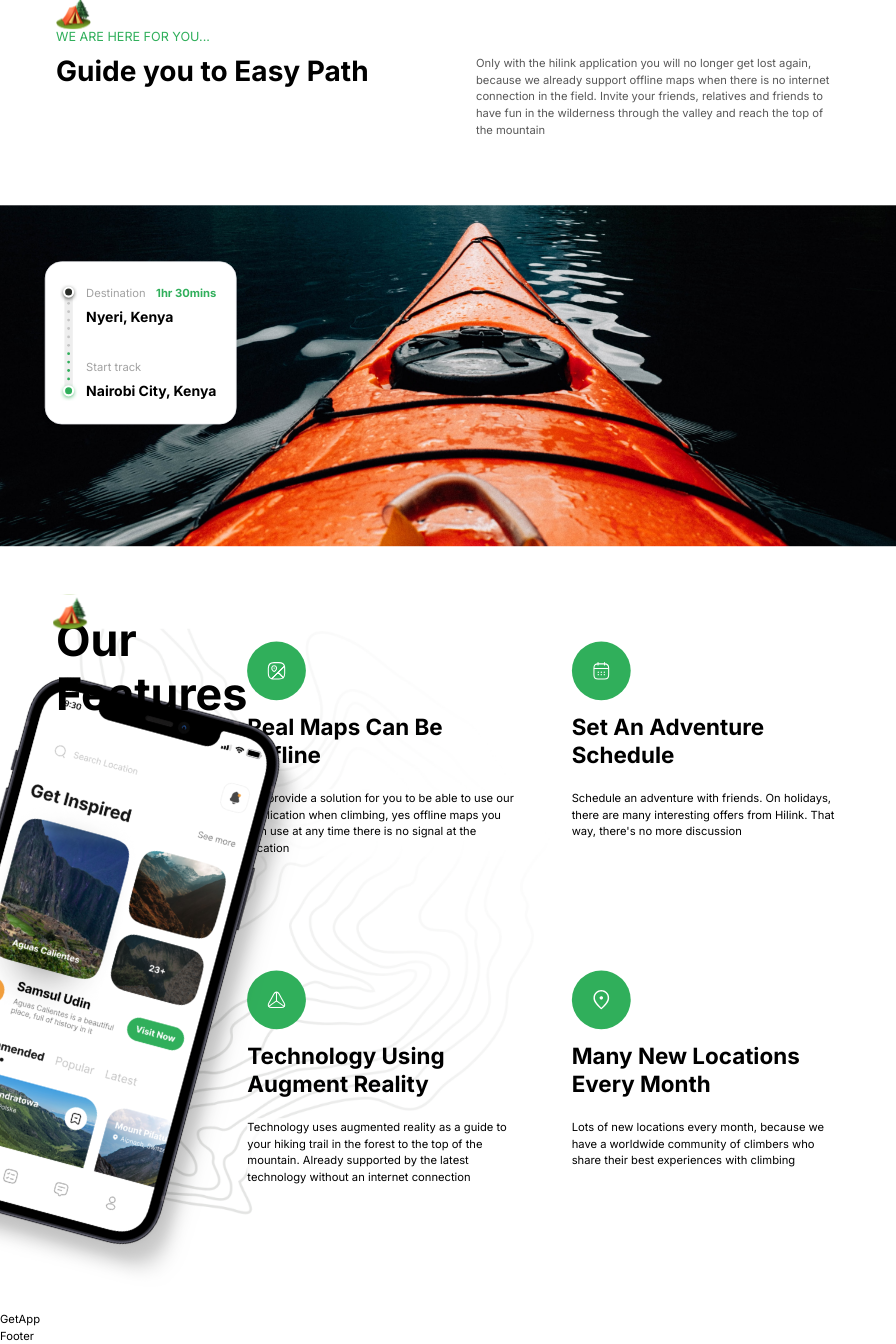
Repository: martin-raphael/travel_agency
Page: /
The author's editor kept a copy of each file at every save. The page is drawn from the files as they stood at one save, then again after the next save.
The browser window is 1280 px wide. The pictures show the part of the page from y = 1836 to 3756 px (the page is 3756 px tall), at 70% of full size.
The project was rebuilt for these pictures with package versions that can differ from the ones it lists, and the page was loaded fresh each time. The framework's server and built-in components were replaced by stand-ins that run in the browser. Also part of the build but not shown: next.config.mjs.

Above is the page before, as saved 2024-08-09 01:29:10.

### app/layout.tsx
import type { Metadata } from "next";
import Navbar from "@/components/Navbar";
import Footer from "@/components/Footer";
import "./globals.css";

export const metadata: Metadata = {
  title: "Travel App",
  description: "Beauty of Nature",
};

export default function RootLayout({
  children,
}: Readonly<{
  children: React.ReactNode;
}>) {
  return (
    <html lang="en">
      <body>
        <Navbar />
        <main className="relative overflow-hidden">{children}</main>
        <Footer />
      </body>
    </html>
  );
}

### components/Navbar.tsx
import { NAV_LINKS } from "@/constants";
import Image from "next/image";
import Link from "next/link";
import React from "react";
import Button from "./Button";

const Navbar = () => {
  return (
    <nav className=" flexBetween max-container padding-container relative z-30 py-3">
      <Link href="/">
        <Image src="/hilink-logo.svg" alt="logo" width={74} height={29} />
      </Link>
      <ul className="hidden h-full gap-12 lg:flex">
        {NAV_LINKS.map((link) => (
          <Link
            href={link.href}
            key={link.key}
            className="regular-16 text-gray-50 flexCenter cursor-pointer pb-1.5 transition-all hover:font-bold"
          >
            {link.label}
          </Link>
        ))}
      </ul>

      <div className=" lg:flexCenter hidden">
        <Button
          type="button"
          title="Get Started"
          icon="/user.svg"
          variant="btn_dark_green"
        />
      </div>
      <Image
        src="menu.svg"
        alt="menu"
        width={32}
        height={32}
        className="inline-block cursor-pointer lg:hidden"
      />
    </nav>
  );
};

export default Navbar;

### components/Camp.tsx
import { PEOPLE_URL } from "@/constants";
import Image from "next/image";
import React from "react";
interface CampProps {
  backgroundImage: string;
  title: string;
  subtitle: string;
  peopleJoined: string;
}

const CampSite = ({
  backgroundImage,
  title,
  subtitle,
  peopleJoined,
}: CampProps) => {
  return (
    <div
      className={`h-full w-full min-w-[1100px] ${backgroundImage}
  bg-cover bg-no-repeat lg:rounded-r-5xl 2xl:rounded-5xl`}
    >
      <div className="flex h-full flex-col items-start justify-between p-6 lg:px-20 lg:py-10">
        <div className="flexCenter gap-4">
          <div className="rounded-full bg-green-50 p-4">
            <Image
            src="/folded-map.svg"
            alt="map"
            width={28}
            height={28} />
          </div>
          <div className="flex flex-col gap-1">
            <h4 className="bold-18 text-white"> {title}</h4>
            <p className="regular-14 text-white"> {subtitle}</p>
          </div>
        </div>

        <div className="flexCenter gap-6 ">
          <span className="flex -space-x-4 overflow-hidden">
            {PEOPLE_URL.map((url) => (
              <Image
              className="inline-block h-10 w-10 rounded-full"
              src={url}
              key={url}
              alt="people"
              width={52}
              height={52} />
            ))}
          </span>
          <p className="bold-16 md:bold-20 text-white"> {peopleJoined}</p>
        </div>
      </div>
    </div>
  );
};

const Camp = () => {
  return (
    <section
      className=" 2xl:max-container relative flex flex-col py-10 lg:mb-10 lg:py-20 xl:mb-20"
    >
      <div
        className="hide-scrollbar flex h-[340px] w-full items-start
      justify-start gap-8 overflow-x-auto lg:h-[400px] xl:h-[640px]"
      >
        <CampSite
          backgroundImage="bg-bg-img-1"
          title="Luxury Camp site"
          subtitle="Nyeri, Kenya"
          peopleJoined="300+ visited"
        />
        <CampSite
         backgroundImage="bg-bg-img-2"
         title="The Ranch Camp site"
         subtitle="Kirinyaga, Kenya"
         peopleJoined="800+ visited" />
      </div>
      <div className="flexEnd mt-10 px-6 lg:-mt-60 lg:mr-6">
          <div className="bg-green-50 p-8 lg:max-w-[500px] xl:max-w-[734px]
          xl:rounded-5xl xl:px-16 xl:py-20 relative w-full overflow-hidden rounded-3xl">
            <h2 className="regular-24 md:regular-32 2xl:regular-64 capitalize text-white">
              <strong>Feeling lost</strong> and you want to explore the Central Kenya?
            </h2>
            <p className="regular-14 xl:regular-16 mt-5 text-white">Starting from the anxiety of the climbers when visiting a new climbing location, the possibility of getting lost is very large.
               That&apos;s why we are here for those of you who want to start an adventure.</p>

               <Image src="/quote.svg" alt="Quote" width={186} height={219} className="camp-quote"/>

          </div>
      </div>
    </section>
  );
};

export default Camp;

### components/Features.tsx
import { FEATURES } from "@/constants";
import Image from "next/image";
import React from "react";

type FeatureItem={
  title:string,
  icon:string,
  description:string,
}

const FeatureItem = ({title, icon, description}:FeatureItem) =>{
  return(
    <li className="flex w-full flex-1 flex-col items-start">
     <div className="rounded-full p-4 lg:p-7 bg-green-50">
      <Image src={icon} alt="map" width={28} height={28}/>
     </div>
     <h2 className="bold-20 lg:bold-32 mt-5 capitalize">
      {title}
     </h2>
     <p className="regular-16 mt-5 bg-white/80 tex-gray-30 lg:mt-[30px] lg:bg-none">
      {description}
     </p>
    </li>
  )
};

const Features = () => {
  return (
    <section
      className="flex-col flexCenter overflow-hidden bg-feature-bg
    bg-center bg-no-repeat py-24"
    >
      <div className="max-container padding-container relative w-full flex justify-end">
        <div className="flex flex-1 lg:min-h-[900px]">
          <Image
          className="feature-phone"
          src="/phone.png"
          alt="phone"
          width={440}
          height={1000}/>
        </div>
        <div className="z-20 flex w-full flex-col lg:w-[60%]">
          <div className="relative">
            <Image
            src="/camp.svg"
            alt="camp"
            width={50}
            height={50}
            className="absolute left-[-5px] top-[-28px] lg:w-[50px]"/>
          </div>
          <h2 className="bold-40 lg:bold-64">Our Features</h2>
        </div>
        <ul className=" mt-10 grid gap-10 md:grid-cols-2 lg:mg-20 lg:gap-20">
          {FEATURES.map((feature)=>(
            <FeatureItem
            key={feature.title}
            title={feature.title}
            icon={feature.icon}
            description={feature.description}/>
          ))}
        </ul>
      </div>
    </section>
  );
};



export default Features;

### components/Guide.tsx
import Image from "next/image";
import React from "react";

const Guide = () => {
  return (
    <section className="flexCenter flex-col">
      <div className=" padding-container max-container w-full pb-24">
        <Image src="/camp.svg" alt="camp" width={50} height={50} />
        <p className="uppercase regular-18 -mt-1 mb-3 text-green-50">
          We are here for you...
        </p>
        <div className="flex flex-wrap justify-between gap-5 lg:gap-10">
          <h2 className="bold-40 lg:bold-60 xl:mx-w-[390px]">
            Guide you to Easy Path
          </h2>
          <p className="regular-16 text-gray-50 xl:max-w-[520px]">
            Only with the hilink application you will no longer get lost again,
            because we already support offline maps when there is no internet
            connection in the field. Invite your friends, relatives and friends
            to have fun in the wilderness through the valley and reach the top
            of the mountain
          </p>
        </div>
      </div>
      <div className="flexCenter max-container relative w-full ">
        <Image
          className="w-full object-cover object-center 2xl:rounded-5xl"
          src="/boat.png"
          alt="boat"
          width={1440}
          height={580}
        />

        <div className="absolute flex bg-white py-8 pl-5 pr-7 gap-3 rounded-3xl border
        shadow-md md:left-[5%] lg:top-20">
          <Image
          className="h-full w-auto"
          src="/meter.svg"
          alt="meter"
          width={16}
          height={158}/>
          <div className="flexBetween flex-col">
              <div className="flex w-full flex-col">
                <div className="flexBetween w-full">
                  <p className="regular-16 text-gray-20">Destination </p>
                  <p className="bold-16 text-green-50"> 1hr 30mins</p>
                </div>
                <p className="bold-20 mt-2">Nyeri, Kenya</p>
              </div>
              <div className="flex w-full flex-col">
                  <p className="regular-16 text-gray-20">Start track </p>
                  <h4 className="bold-20 mt-2 whitespace-nowrap"> Nairobi City, Kenya</h4>
              </div>
          </div>

        </div>
      </div>
    </section>
  );
};

export default Guide;

### components/Hero.tsx
import Image from "next/image";
import React from "react";
import Button from "./Button";

const Hero = () => {
  return (
    <section
      className=" max-container padding-container flex
    flex-col gap-20 lg:py-20 py-10 pb-32 md:gap-28 xl:flex-row
    "
    >
      <div className="hero-map" />

      {/* LEFT SIDE-*/}

      <div className="relative z-20 flex flex-1 flex-col xl:w-1/2">
        <Image
          src="/camp.svg"
          alt="camp"
          width={50}
          height={50}
          className="absolute left-[-5px] top-[-30px] w-10 lg:w-[50px]"
        />
        <h1 className="bold-52 lg:bold-88"> Central Kenya Camp Site</h1>
        <p className="regular-16 mt-6 text-gray-30 xl:max-w-[520px]">
          We want to be on each of your journeys seeking the satisfaction of
          seeing the incorruptible beauty of nature. We can help you on an
          adventure around the world in just one app
        </p>

        <div className="my-11 flex flex-wrap gap-5">
          <div className="flex items-center gap-2">
            {Array(5)
              .fill(1)
              .map((_, index) => (
                <Image
                  src="/star.svg"
                  alt="Ratings"
                  key={index}
                  width={24}
                  height={24}
                />
              ))}
          </div>
          <p className="bold-16 lg:bold-20 text-blue-70">
            200K
            <span className="regular-16 lg:regular-20 ml-1 underline">
              Excellent Reviews
            </span>
          </p>
        </div>
        <div className="flex flex-col w-full gap-3 sm:flex-row">
          <Button type="button" title="Download App" variant="btn_green" />

          <Button
            type="button"
            title="How we work? "
            icon="/play.svg"
            variant="btn_white"
          />
        </div>
      </div>

      <div className="relative flex flex-1 items-start">
        <div className="relative z-20  w-[268px] flex flex-col gap-8 rounded-3xl bg-green-90 px-7 py-8">
          <div className="flex flex-col">
            <div className="flexBetween">
              <p className="regular-16 text-gray-20">Location</p>
              <Image src="/close.svg" alt="close" width={24} height={24} />
            </div>
            <p className="bold-20 text-white"> Nyeri Region</p>
          </div>
            <div className="flexBetween">
              <div className="flex flex-col">
                <p className="regular-16 block text-gray-20">Distance</p>
                <p className="bold-20 text-white"> 4,420 mi</p>
              </div>
              <div className="flex flex-col">
                <p className="regular-16 block text-gray-20">Elavation</p>
                <p className="bold-20 text-white"> 2.040 km</p>
              </div>
            </div>
          </div>
        </div>

    </section>
  );
};

export default Hero;

### components/Button.tsx
import Image from "next/image";

type ButtonProps = {
  type: "button" | "submit";
  title: string;
  icon?: string;
  variant?: string;
  full?:boolean;
};

const Button = ({ type, title, icon, variant, full }: ButtonProps) => {
  return (
    <button
      className={`flexCenter gap-4 rounded-full border ${variant} ${full && 'w-full'}`}
      type={type}
    >
      {icon && <Image src={icon} alt={title} width={24} height={24} />}
      <label className=" bold-16 whitespace-nowrap cursor-pointer">{title}</label>
    </button>
  );
};

export default Button;

Loaded but not shown: app/page.tsx (common file); components/Footer.tsx (common file); app/globals.css (common file); components/GetApp.tsx (common file); constants/index.ts (common file); tailwind.config.ts (common file)

After the next save:
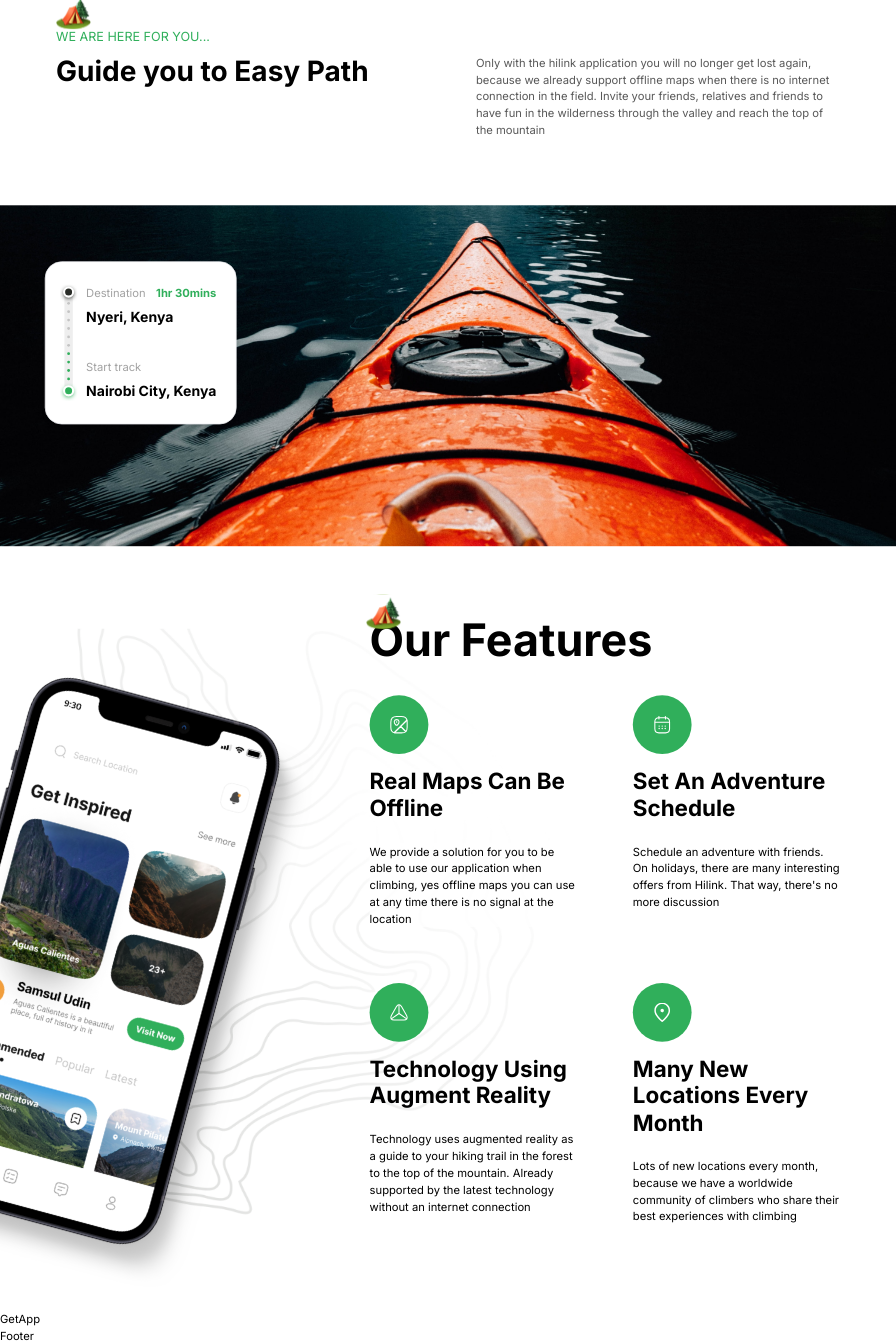
Saved 39 min 18 s later.
--- a/components/Features.tsx
+++ b/components/Features.tsx
@@ -30,7 +30,7 @@ const Features = () => {
       className="flex-col flexCenter overflow-hidden bg-feature-bg
     bg-center bg-no-repeat py-24"
     >
-      <div className="max-container padding-container relative w-full flex justify-end">
+      <div className="max-container padding-container relative w-full justify-end flex">
         <div className="flex flex-1 lg:min-h-[900px]">
           <Image
           className="feature-phone"
@@ -49,8 +49,7 @@ const Features = () => {
             className="absolute left-[-5px] top-[-28px] lg:w-[50px]"/>
           </div>
           <h2 className="bold-40 lg:bold-64">Our Features</h2>
-        </div>
-        <ul className=" mt-10 grid gap-10 md:grid-cols-2 lg:mg-20 lg:gap-20">
+          <ul className=" mt-10 grid gap-10 md:grid-cols-2 lg:mg-20 lg:gap-20">
           {FEATURES.map((feature)=>(
             <FeatureItem
             key={feature.title}
@@ -59,6 +58,8 @@ const Features = () => {
             description={feature.description}/>
           ))}
         </ul>
+        </div>
+
       </div>
     </section>
   );
